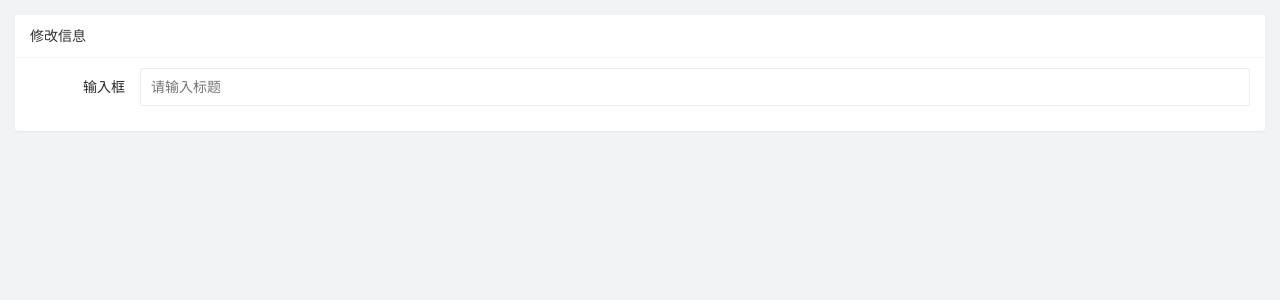
Repository: 1zhoukexin/web_aad
Page: user/user_info.html
These files come from the project's save history. The page is drawn as it stood at one moment and after the next save; the edit follows.
The browser window is 1280 px wide. The pictures show the whole page.

Above is the page before, as saved 2021-04-17 12:21:49.

### user/user_info.html
<!DOCTYPE html>
<html lang="en">

<head>
    <meta charset="UTF-8">
    <meta http-equiv="X-UA-Compatible" content="IE=edge">
    <meta name="viewport" content="width=device-width, initial-scale=1.0">
    <title>Document</title>
    <link rel="stylesheet" href="/assets/lib/layui/css/layui.css">
    <link rel="stylesheet" href="/assets/css/user/user_info.css">

</head>

<body>
    <!-- 卡片区 -->
    <div class="layui-card">
        <div class="layui-card-header">修改信息</div>
        <div class="layui-card-body">

            <!-- //form表单区 -->
            <form class="layui-form" action="">
                <div class="layui-form-item">
                    <label class="layui-form-label">输入框</label>
                    <div class="layui-input-block">
                        <input type="text" name="title" required lay-verify="required" placeholder="请输入标题" autocomplete="off" class="layui-input">
                    </div>
                </div>
            </form>
        </div>
    </div>
</body>

</html>

### assets/css/user/user_info.css
html {
    padding: 0;
    margin: 0;
}

body {
    background-color: #f2f3f5;
    padding: 15px;
}

Loaded but not shown: assets/lib/layui/css/layui.css (library)

After the next save:
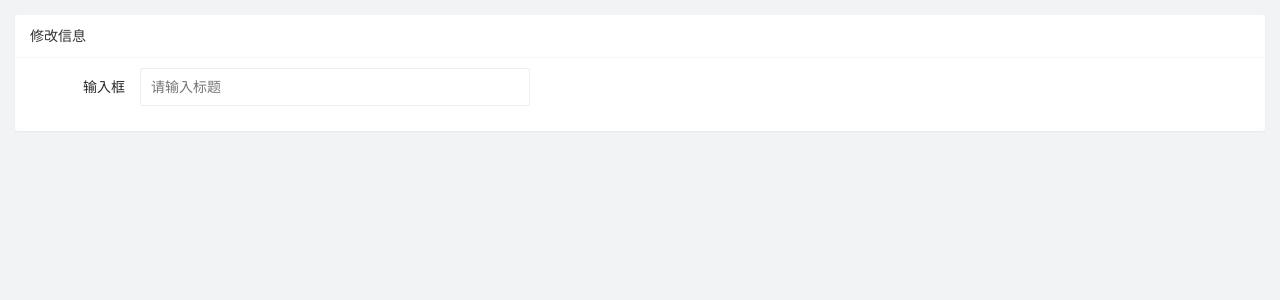
Saved 34 s later.
--- a/assets/css/user/user_info.css
+++ b/assets/css/user/user_info.css
@@ -7,3 +7,7 @@ body {
     background-color: #f2f3f5;
     padding: 15px;
 }
+
+.layui-form {
+    width: 500px;
+}
